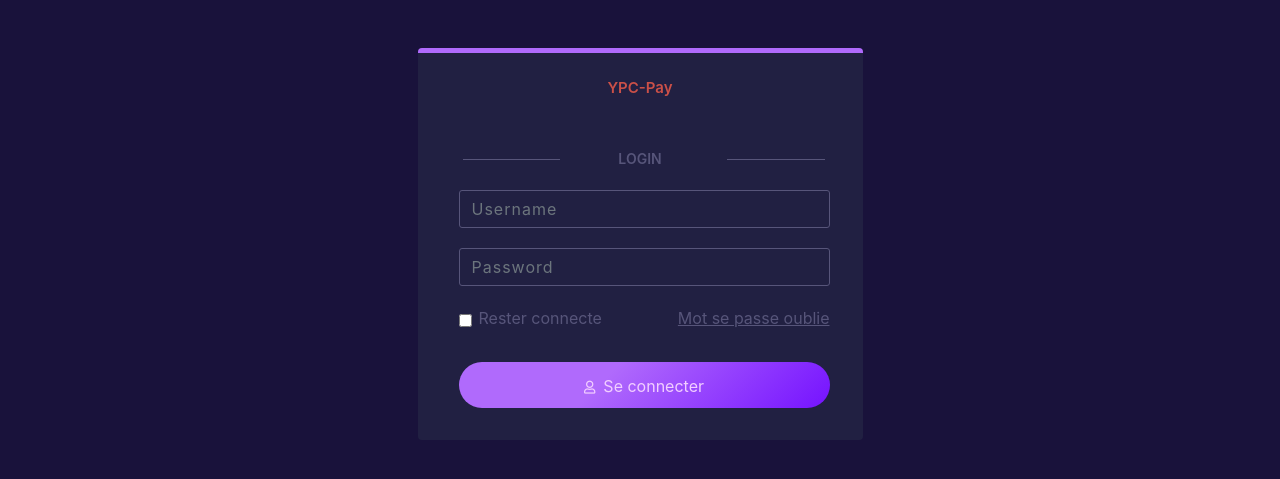
Repository: imamarin/ypcpay
Page: http://localhost/
These files come from the project's save history. The page is drawn as it stood at one moment and after the next save; the edit follows.
The browser window is 1280 px wide. The pictures show the whole page.
Some web libraries are served in a nearby version. The page is served by the project's Laravel application, run on PHP 8.4 with Laravel 8. Other server files are loaded and not shown.

Above is the page before, as saved 2022-05-20 13:56:59.
Console error: TypeError: Cannot read properties of undefined (reading 'fn')

### resources/views/login.blade.php
<!DOCTYPE html>
<html lang="{{ str_replace('_', '-', app()->getLocale()) }}">
    <head>
        <meta charset="utf-8">
        <meta name="viewport" content="width=device-width, initial-scale=1">

        <title>Laravel</title>

        <!-- Fonts -->
        <link href="https://stackpath.bootstrapcdn.com/bootstrap/4.3.1/css/bootstrap.min.css" rel="stylesheet">
        <link href="https://use.fontawesome.com/releases/v5.7.2/css/all.css" rel="stylesheet">
        <script src="https://stackpath.bootstrapcdn.com/bootstrap/4.3.1/js/bootstrap.bundle.min.js"></script>
        <script src="https://cdnjs.cloudflare.com/ajax/libs/jquery/3.2.1/jquery.min.js"></script>

        <style>
            body{
                background-color: #19123B;
            }
            .card{
                border: none;
                border-top: 5px solid  rgb(176,106,252);
                background: #212042;
                color: #57557A;
            }
            p{
                font-weight: 600;
                font-size: 15px;
            }
            .fab{
                display: flex;
                justify-content: center;
                align-items: center;
                border: none;
                background: #2A284D;
                height: 40px;
                width: 90px;
            }
            .fab:hover{
                cursor: pointer;
            }
            .fa-twitter{
                color: #56ABEC;
            }
            .fa-facebook{
                color: #1775F1;
            }
            .fa-google{
                color: #CB5048;
            }
            .division{
                float: none;
                position: relative;
                margin: 30px auto 20px;
                text-align: center;
                width: 100%;
                box-sizing: border-box;
            }
            .division .line{
                border-top: 1.5px solid #57557A;;
                position: absolute;
                top: 13px;
                width: 85%;
            }
            .line.l{
                left: 52px;
            }
            .line.r{
                right: 45px;

            }
            .division span{
                font-weight: 600;
                font-size: 14px;
            }
            .myform{
                padding: 0 25px 0 33px;
            }
            .form-control{
                border: 1px solid #57557A;
                border-radius: 3px;
                background: #212042;
                margin-bottom: 20px;
                letter-spacing: 1px;

            }
            .form-control:focus{
                border: 1px solid #57557A;
                border-radius: 3px;
                box-shadow: none;
                background: #212042;
                color: #fff;
                letter-spacing: 1px;
            }
            .bn{
                text-decoration: underline;
            }
            .bn:hover{
                cursor: pointer;
            }
            .form-check-input {
                margin-top: 8px!important;
                }
            .btn-primary{
            background: linear-gradient(135deg, rgba(176,106,252,1) 39%,rgba(116,17,255,1) 101%);
            border: none;
            border-radius: 50px;
            }
            .btn-primary:focus{
                box-shadow: none;
                border: none;
            }
            small{
                color: #F2CEFF;
            }
            .far.fa-user{
                font-size: 13px;
            }

            @media(min-width: 767px){
                .bn{
                    text-align: right;
                }
            }
            @media(max-width: 767px){
                .form-check{
                    text-align: center;
                }
                .bn{
                    text-align: center;
                    align-items: center;
                }
            }
            @media(max-width: 450px){
                .fab{
                    width: 100%;
                    height: 100%;
                }
                .division .line{
                    width: 50%;
                }
            }
        </style>
    </head>
    <body>
        <div class="container">
            <div class="row d-flex justify-content-center mt-5">
                <div class="col-12 col-md-8 col-lg-6 col-xl-5">
                    <div class="card py-3 px-2">
                        <p class="text-center mb-3 mt-2" style="color: #CB5048">YPC-Pay</p>
                        {{-- <div class="row mx-auto ">
                            <div class="col-4">
                                <i class="fab fa-twitter"></i>
                            </div>
                            <div class="col-4">
                                <i class="fab fa-facebook"></i>
                            </div>
                            <div class="col-4">
                                <i class="fab fa-google"></i>
                            </div>
                        </div> --}}
                        <div class="division">
                            <div class="row">
                                <div class="col-3"><div class="line l"></div></div>
                                <div class="col-6"><span>LOGIN</span></div>
                                <div class="col-3"><div class="line r"></div></div>
                            </div>
                        </div>
                        <form class="myform">
                            <div class="form-group">
                                <input type="email" class="form-control" placeholder="Username">
                              </div>
                             <div class="form-group">
                                <input type="password" class="form-control" placeholder="Password">
                              </div>
                              <div class="row">
                                  <div class="col-md-6 col-12">
                                      <div class="form-group form-check">
                                        <input type="checkbox" class="form-check-input" id="exampleCheck1">
                                        <label class="form-check-label" for="exampleCheck1">Rester connecte</label>
                                      </div>
                                  </div>
                                  <div class="col-md-6 col-12 bn">Mot se passe oublie</div>
                              </div>
                              <div class="form-group mt-3">
                                  <button type="button" class="btn btn-block btn-primary btn-lg"><small><i class="far fa-user pr-2"></i>Se connecter</small></button>
                              </div>
                        </form>
                    </div>
                </div>
            </div>
        </div>
    </body>
</html>

Loaded but not shown: routes/web.php (common file)

After the next save:
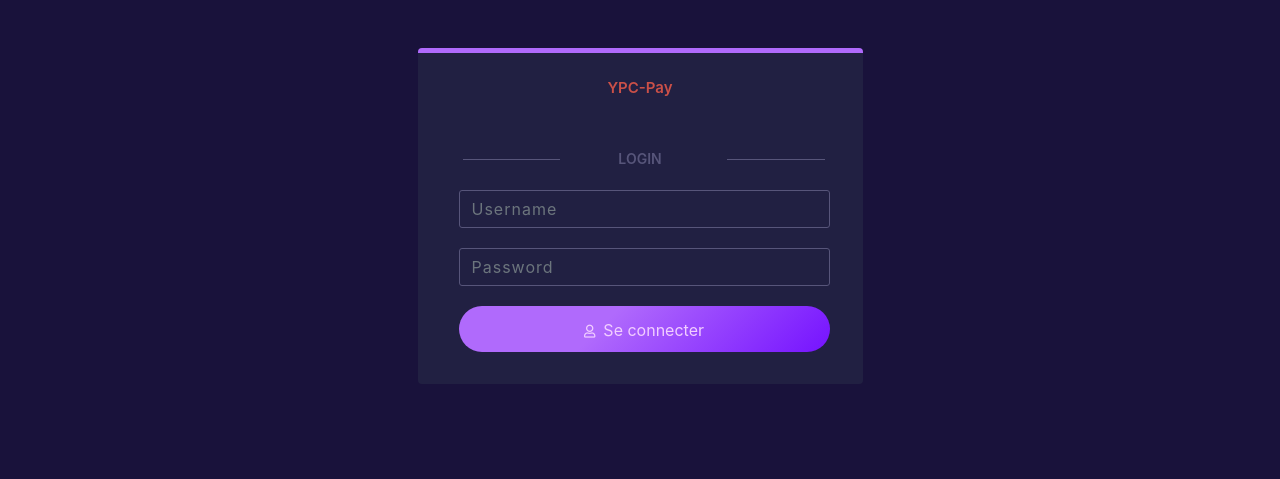
Saved 22 s later.
--- a/resources/views/login.blade.php
+++ b/resources/views/login.blade.php
@@ -172,7 +172,7 @@
                              <div class="form-group">
                                 <input type="password" class="form-control" placeholder="Password">
                               </div>
-                              <div class="row">
+                              {{-- <div class="row">
                                   <div class="col-md-6 col-12">
                                       <div class="form-group form-check">
                                         <input type="checkbox" class="form-check-input" id="exampleCheck1">
@@ -180,7 +180,7 @@
                                       </div>
                                   </div>
                                   <div class="col-md-6 col-12 bn">Mot se passe oublie</div>
-                              </div>
+                              </div> --}}
                               <div class="form-group mt-3">
                                   <button type="button" class="btn btn-block btn-primary btn-lg"><small><i class="far fa-user pr-2"></i>Se connecter</small></button>
                               </div>

After the save that followed:
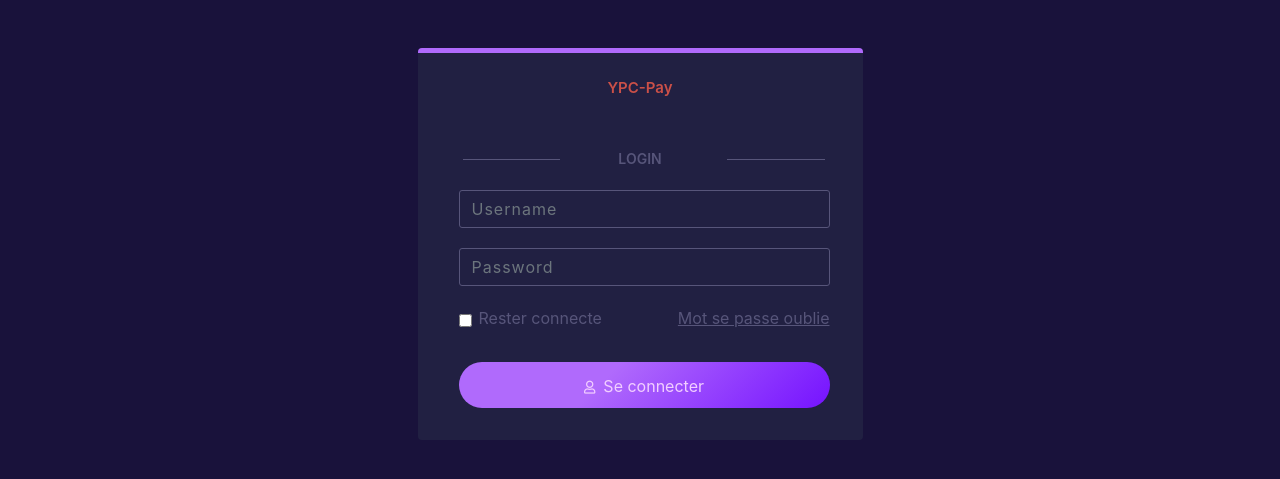
Saved 5 s later.
--- a/resources/views/login.blade.php
+++ b/resources/views/login.blade.php
@@ -172,7 +172,7 @@
                              <div class="form-group">
                                 <input type="password" class="form-control" placeholder="Password">
                               </div>
-                              {{-- <div class="row">
+                              <div class="row">
                                   <div class="col-md-6 col-12">
                                       <div class="form-group form-check">
                                         <input type="checkbox" class="form-check-input" id="exampleCheck1">
@@ -180,7 +180,7 @@
                                       </div>
                                   </div>
                                   <div class="col-md-6 col-12 bn">Mot se passe oublie</div>
-                              </div> --}}
+                              </div>
                               <div class="form-group mt-3">
                                   <button type="button" class="btn btn-block btn-primary btn-lg"><small><i class="far fa-user pr-2"></i>Se connecter</small></button>
                               </div>
